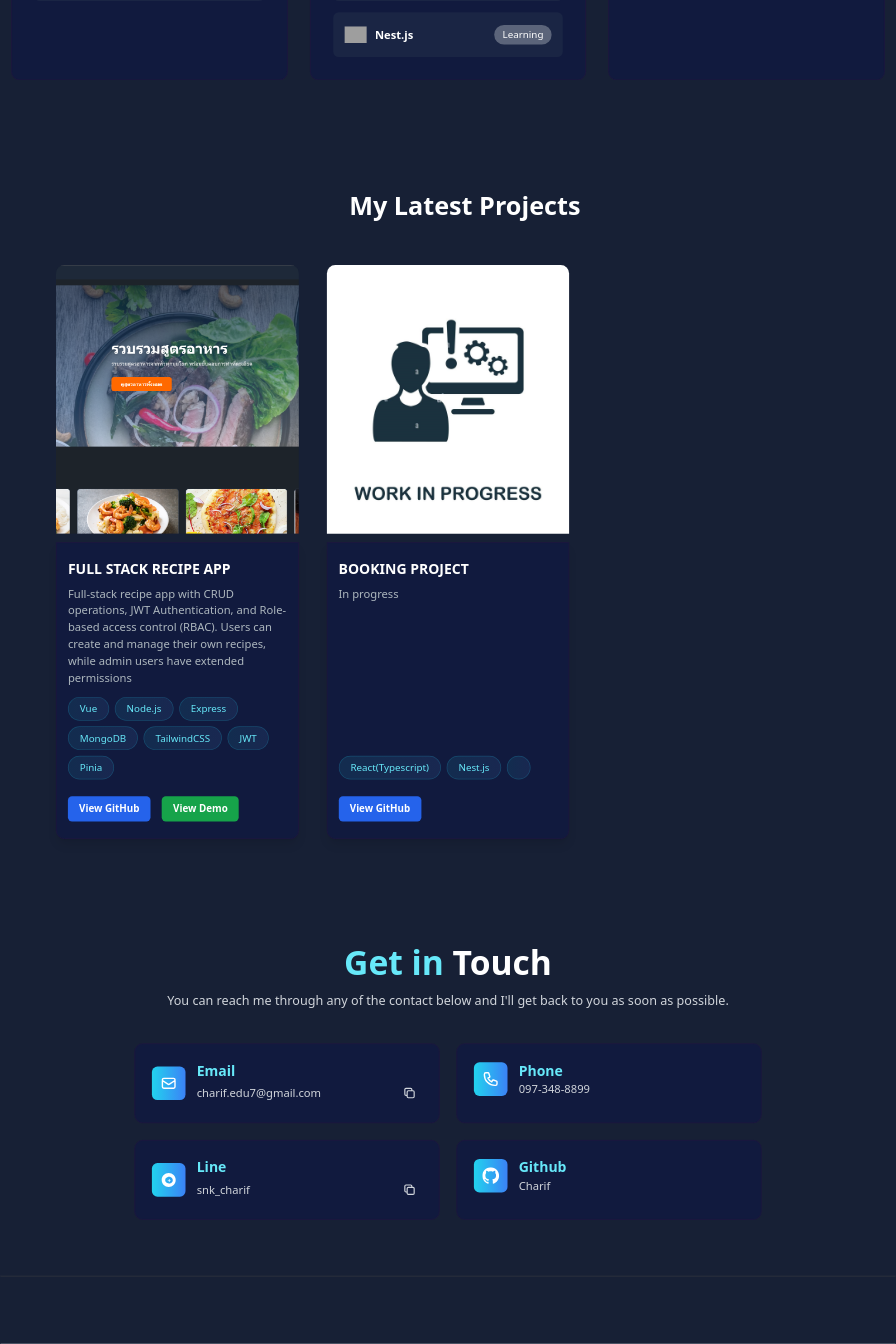
Repository: Charifx7/MyPortfolio
Page: /
These files come from the project's save history. The page is drawn as it stood at one moment and after the next save; the edit follows.
The browser window is 1280 px wide. The pictures show the part of the page from y = 1592 to 3512 px (the page is 3512 px tall), at 70% of full size.
Pictures or frames that could not be fetched are drawn as grey boxes. The project was rebuilt for these pictures with package versions that can differ from the ones it lists, and the page was loaded fresh each time. Also part of the build but not shown: vite.config.js.

Above is the page before, as saved 2026-02-14 10:51:24.

### src/App.vue
<template>
  <div class="bg-[#172035] min-h-screen w-full">
    <!-- Wrap components in Suspense to handle loading -->
     <Suspense>
      <template #default>
        <!-- Wrap all Components inside a single root element -->
         <div class="bg-[#172035]">
            <NavBar />
            <HeroSection />
            <AboutSection />
            <ExperienceAndSkills />
            <LatestProjSection />
            <ContactSection />
            <Footer/>
            <BackToTop />
      </div>
    </template>
    <template #fallback>
      <div class="flex justify-center items-center min-h-screen bg-[#172035]">
          <loadingSpinner />
      </div>
    </template>
  </Suspense>
  </div>
</template>

<script setup>
 import { defineAsyncComponent } from 'vue';
//Import Components Asynchronously
const NavBar = defineAsyncComponent(()=>import('@/components/NavBar.vue'));
const HeroSection = defineAsyncComponent(()=>import('@/components/HeroSection.vue'));
const ServicesSection = defineAsyncComponent(()=>import('@/components/ServicesSection.vue'));
const AboutSection = defineAsyncComponent(()=>import('@/components/AboutSection.vue'));
const TestimonialsSection = defineAsyncComponent(()=>import('@/components/TestimonialsSection.vue'));
const LatestProjSection = defineAsyncComponent(()=>import('@/components/LatestProjSection.vue'));
const ExperienceAndSkills = defineAsyncComponent(()=>import('@/components/ExperienceAndSkills.vue'));
const ContactSection = defineAsyncComponent(()=>import('@/components/ContactSection.vue'));
const Footer = defineAsyncComponent(()=>import('@/components/Footer.vue'));
const BackToTop = defineAsyncComponent(()=>import('@/components/BackToTop.vue'));
import loadingSpinner from './components/loadingSpinner.vue';
</script>
<style>

*{
  scrollbar-width: thin;
  scrollbar-color: #111827 #f1f1f1;
}

/* Add these styles to ensure background color consistency */
html, body {
  background-color: #172035;
  min-height: 100%;
}
</style>

### src/components/loadingSpinner.vue
<template>
    <div class="flex justify-center items-center h-full">
        <svg class="animate-spin h-16 w-16 text-white" xmlns="http://www.w3.org/2000/svg" viewBox="0 0 24 24">
            <defs>
                <linearGradient id="gradient1" x1="0%" y1="0%" x2="100%" y2="100%">
                    <stop offset="0%" stop-color="#00aeff" />
                    <stop offset="100%" stop-color="#dbebfa" />
                </linearGradient>
            </defs>
            <circle class="opacity-25" cx="12" cy="12" r="10" stroke="url(#gradient1)" stroke-width="4" fill="none">
            </circle>
            <path fill="#00aeff" d="M4 12a8 8 0 018-8V0C5.373 0 0 5.373 0 12h4z"></path>
        </svg>
    </div>
</template>

### src/components/NavBar.vue
<template>
    <header class="flex justify-between items-center p-6 bg-opacity-50 relative z-20 ">
        <div class="text-white text-xl font-bold"></div>
        <!-- Mobile Toggle Button -->
        <div class="md:hidden z-30">
            <button type="button" class="block focus:outline-none" @click="isMenuOpen = !isMenuOpen">
                <span v-if="isMenuOpen" class="text-5xl">
                    <img src="https://img.icons8.com/ios-filled/100/ffffff/delete-sign.png" alt="close" width="50"
                        height="50">
                </span>
                <span v-else class="text-5xl">
                    <img src="https://img.icons8.com/ios-filled/100/ffffff/menu--v6.png" alt="menu" width="50"
                        height="50">
                </span>
            </button>
        </div>
        <!-- Navbar Link -->
        <nav :class="['fixed inset-0 z-20 flex flex-col items-center justify-center bg-[#111827] md:relative md:bg-transparent md:flex md:justify-between md:flex-row',
            isMenuOpen ? 'block' : 'hidden'
        ]">
            <ul class="flex flex-col items-center space-y-5 md:flex-row md:space-x-5 md:space-y-0">
                <li v-for="item in Menu" :key="item.name">
                    <a :href="item.href"
                        class="block text-white transition hover:text-cyan-300 ease-linear text-2xl md:text-lg"
                        @click="scrollToSection(item.href)">
                        {{ item.name }}
                    </a>
                </li>
            </ul>
        </nav>
    </header>
</template>
<script setup>
import { ref } from 'vue';
const Menu = ref([
    { name: 'About Me', href: '#about' },
    { name: 'Skills', href: '#skills' },
    { name: 'Projects', href: '#projects' },
    { name: 'Contact', href: '#contact' },
]);

const isMenuOpen = ref(false)
const scrollToSection = (href) => {
    isMenuOpen.value = false;
    const section = document.querySelector(href);
    if (section) {
        section.scrollIntoView({ behavior: 'smooth' });
    }

}

</script>

### src/components/HeroSection.vue
<template>
    <section class="relative w-full" data-aos="zoom-in-up">
        <div class="w-full px-5 sm:px-8 md:px-12 lg:px-8 max-w-screen-lg lg:max-w-screen-xl mx-auto relative">
            <div class="grid lg:grid-cols-2 gap-10 xl:gap-14 relative pt-24 lg:max-w-none max-w-2xl md:max-w-3xl mx-auto">
                <div class="lg:py-6">
                    <div class="text-center lg:text-left">
                        <h1 class="pt-4 text-white font-bold text-4xl md:text-5xl lg:text-6xl">
                            Hi, I'm <span
                                class="text-transparent bg-gradient-to-r sm:bg-gradient-to-b md:bg-gradient-to-l lg:bg-gradient-to-r bg-clip-text from-cyan-400 to-blue-600">
                                Charif
                            </span>
                        </h1>
                    </div>
                    <p
                        class="text-gray-300 pt-8 text-center lg:text-left mx-auto max-w-xl text-4xl text-transparent bg-gradient-to-r sm:bg-gradient-to-b md:bg-gradient-to-l lg:bg-gradient-to-r from-cyan-400 to-blue-600 bg-clip-text">
                        Web Developer
                    </p>
                    <div class="flex items-center gap-3 pt-9 flex-col sm:flex-row sm:w-max sm:mx-auto lg:mx-0">
                        <a href="https://drive.google.com/file/d/1FlvfmhR0NsK0Ti8Xo9rk8j5-feIFt_Xn/view?usp=sharing" target="_blank" class="w-full sm:w-max">
                            <button class="border ry px-6 md:px-7 py-3 rounded-full relative group w-full flex justify-center
            bg-gradient-to-r from-cyan-600 to-blue-600 transition-transform duration-500 hover:scale-105"
                                style="background-color: #4DD0E1; border-color: #004d73;">
                                <span class="text-lg font-bold text-white">Resume</span>
                            </button>
                        </a>
                    </div>
                </div>
                <div class="flex items-center justify-center lg:h-full md:h-auto">
                    <div
                        class="relative flex items-center justify-center w-72 h-72 sm:w-96 sm:h-96 rounded-full shadow-lg border">
                        <img src="@/assets/top_picture.jpg" alt="Hero pic" width="500" height="auto" loading="lazy"
                            class="w-full h-full rounded-full object-cover fade-in-zoom" />
                        <div
                            class="absolute inset-0 bg-gradient-to-tr opacity-25 from-[#007fdb] to-[#832561] blur-2xl z-[-1]">
                        </div>
                    </div>
                </div>
            </div>
        </div>
    </section>
</template>
<script setup>
import { ref } from 'vue';
const Menu = ref([
    { name: 'About Me', href: '#about' },
    { name: 'Skills', href: '#skills' },
    { name: 'Projects', href: '#projects' },
    { name: 'Contact', href: '#contact' },
]);

import AOS from 'aos';
import 'aos/dist/aos.css';
AOS.init();
</script>

<style>
@keyframes fadeInZoom {
    0% {
        opacity: 0;
        transform: scale(0.9);
    }

    100% {
        opacity: 1;
        transform: scale(1);
    }
}

.fade-in-zoom {
    animation: fadeInZoom 1s ease-out forwards;
}
</style>

### src/components/AboutSection.vue
<template>
    <section class="text-white mt-18 w-full" id="about">
        <div class="absolute z-0 top-[93rem] inset-x-0 h-64 flex items-start">
            <div class="h-24 w-64 bg-gradient-to-br opacity-20"></div>
        </div>
        <div class="grid grid-cols-1 md:grid-cols-2 gap-16 items-start py-8 px-4 xl:gap-16 sm:py-16 xl:px-16 z-1">
            <!-- Education Section -->
            <div data-aos="flip-right" class="space-y-8">
                <h2 class="text-4xl font-bold text-white text-left mb-4">
                    <span class="text-cyan-300">Education</span>
                </h2>
                <div class="space-y-8">
                    <div v-for="element in education" :key="element.id"
                        class="flex items-center rounded-xl shadow-lg border border-[#1f1641] py-3 bg-gradient-to-r from-[#111a3e] to-[#111a3e]">
                        <div class="w-full pl-4">
                            <h3 class="text-cyan-300 text-left text-2xl">
                                {{ element.School }}
                            </h3>
                            <p class="text-white">{{ element.program }}</p>
                            <p class="text-white">{{ element.year }}</p>
                        </div>
                    </div>
                    <h2 class="text-4xl font-bold text-white text-left mb-4">
                        <span class="text-cyan-300">Work Experience</span>
                    </h2>
                    <div class="space-y-8">
                        <div v-for="element in workExperience" :key="element.id"
                            class="flex items-center rounded-xl shadow-lg border border-[#1f1641] py-3 bg-gradient-to-r from-[#111a3e] to-[#111a3e]">
                            <div class="w-full pl-4">
                                <h3 class="text-cyan-300 text-left text-2xl">
                                    {{ element.Company }}
                                </h3>
                                <p class="text-white">{{ element.role }}</p>
                                <p class="text-white">{{ element.duration }}</p>
                            </div>
                        </div>
                    </div>
                </div>
            </div>
            <!-- About Me Section -->
            <div class="space-y-8" data-aos="flip-right">
                <h2 class="text-4xl font-bold text-white text-left mb-4">
                    <span class="text-cyan-300">About</span> Me
                </h2>
                <p class="text-base lg:text-lg">
                    My name is Muhammadcharif Binlateh, and I am graduate in Computer Science
                    with a passion for creating responsive, user-friendly websites. I am always eager to learn new
                    technologies to improve my skills. In addition, I am ready to
                    provide technical assistance within the organization, and I look forward to growing in the field of
                    web development.
                </p>
            </div>
        </div>
    </section>
</template>

<script setup>
import { ref } from 'vue';
const education = ref([
    {
        id: 1,
        School: 'Prince of Songkla University',
        program: 'Bachelor of Science (Computer Science)',
        year: '2019-2023'
    },
])
const workExperience = ref([
    {
        id: 1,
        Company: 'BRK Inter Transport Company Limited',
        role: 'IT Programmer',
        duration: 'Oct 2025 - Current'
    },
])
</script>

### src/components/LatestProjSection.vue
<template>
    <section class="text-white mt-20" id="projects">
        <div class="px-4 xl:pl-16">
            <div class="mb-4 flex justify-center">
                <h2 class="text-4xl font-bold text-white" data-aos="fade-up">My Latest Projects</h2>
            </div>
            <ul class="px-4 sm:py-16 xl:pr-16 grid grid-cols-1 gap-6 pt-10 sm:grid-cols-2 md:gap-10 md:pt-12 lg:grid-cols-3"
                data-aos="fade-right">
                <div v-for="project in Projects" :key="project.id"
                    class="flex flex-col h-full transition-transform duration-500 hover:scale-105">
                    <div class="h-52 md:h-[24rem] rounded-t-xl relative flex items-center justify-center"
                        :style="{
                            backgroundImage: 'url(' + project.image + ')',
                            backgroundSize: 'cover',
                            backgroundPosition: 'center',
                            backgroundRepeat: 'no-repeat'
                        }">
                    </div>
                    <div class="flex flex-col flex-grow text-white rounded-b-xl mt-3 bg-[#111a3e] shadow-lg border border-[#1f1641] py-6 px-4">
                        <h3 class="text-lg font-semibold uppercase lg:text-xl">{{ project.title }}</h3>
                        <p class="text-[#ADB7BE] flex-grow min-h-[60px] mt-2">{{ project.description }}</p>
                        <div class="flex flex-wrap gap-2 mt-4 mb-6">
                            <div v-for="technology in project.technologies" :key="technology"
                                class="text-center rounded-full px-4 py-1.5 text-sm font-medium
                                       bg-gradient-to-r from-cyan-400/10 to-blue-400/10
                                       border border-cyan-400/20
                                       text-cyan-300 "
                            >
                                {{ technology }}
                            </div>
                        </div>
                        <!-- Buttons for GitHub and Demo -->
                        <div class="flex mt-auto space-x-4">
                            <a :href="project.gitURL" target="_blank"
                                class="px-4 py-2 text-sm font-semibold text-white bg-blue-600 rounded-md hover:bg-blue-700">
                                View GitHub
                            </a>
                            <a v-if="project.webURL" :href="project.webURL" target="_blank"
                                class="px-4 py-2 text-sm font-semibold text-white bg-green-600 rounded-md hover:bg-green-700">
                                View Demo
                            </a>
                        </div>
                    </div>
                </div>
            </ul>
        </div>
    </section>
</template>
<script setup>
import { ref, computed } from 'vue';

const Projects = ref([
    {
        id: 1,
        image: '/assets/project3.png',
        title: 'Full stack Recipe app',
        description: 'Full-stack recipe app with CRUD operations, JWT Authentication, and Role-based access control (RBAC). Users can create and manage their own recipes, while admin users have extended permissions',
        technologies: ['Vue','Node.js','Express', 'MongoDB','TailwindCSS', 'JWT','Pinia'],
        gitURL: 'https://github.com/Charifx7/fullstack_MEVN_recipe_app',
        webURL: 'https://fullstack-mevn-recipe-app-charif.vercel.app/'
    },

    {
        id: 4,
        image: '/assets/project0.jpg',
        title: 'Booking Project',
        description: 'In progress',
        technologies: ['React(Typescript)', 'Nest.js',''],
        gitURL: 'https://github.com/Charifx7',
        webURL: ''
    },
    // {
    //     id: 0,
    //     image: '/assets/project0.jpg',
    //     title: 'TEMP',
    //     description: 'TEMP',
    //     technologies: ['TEMP'],
    //     gitURL: 'https://github.com/Charifx7',
    //     webURL: ''
    // },

]);



</script>

### src/components/Footer.vue
<template>
    <footer class="mt-8 border z-10 border-t-[#33353F] border-l-transparent border-r-transparent text-white">
        <div class="container p-12 flex justify-between">
            <!-- <div class="text-white text-3xl font-bold">Charif</div>-->
            <p class="text-slate-600"></p>
        </div>
    </footer>
</template>

### src/components/BackToTop.vue
<template>
    <button v-if="isVisible" @click="scrollToTop" class="fixed bottom-4 right-4 bg-gradient-to-r from-[#007fdb] to-[#004d73] text-white
    rounded-full w-12 h-12 flex items-center justify-center text-xl cursor-pointer transition-opacity duration-300 hover:bg-blue-600
    ">
        ↥
    </button>
</template>
<script setup>
import { ref, onMounted, onUnmounted } from 'vue';
const isVisible = ref(false);
const handleScroll = () => {
    isVisible.value = window.scrollY > 300;
}
const scrollToTop = () => {
    window.scrollTo({ top: 0, behavior: 'smooth' })
}
onMounted(() => {
    window.addEventListener('scroll', handleScroll)
});

onUnmounted(() => {
    window.removeEventListener('scroll', handleScroll);
})
</script>

Loaded but not shown: index.html (common file); src/main.js (common file); src/style.css (common file); tailwind.config.js (13 lines, source omitted); src/components/ExperienceAndSkills.vue (208 lines, source omitted); src/components/ContactSection.vue (175 lines, source omitted)

After the next save:
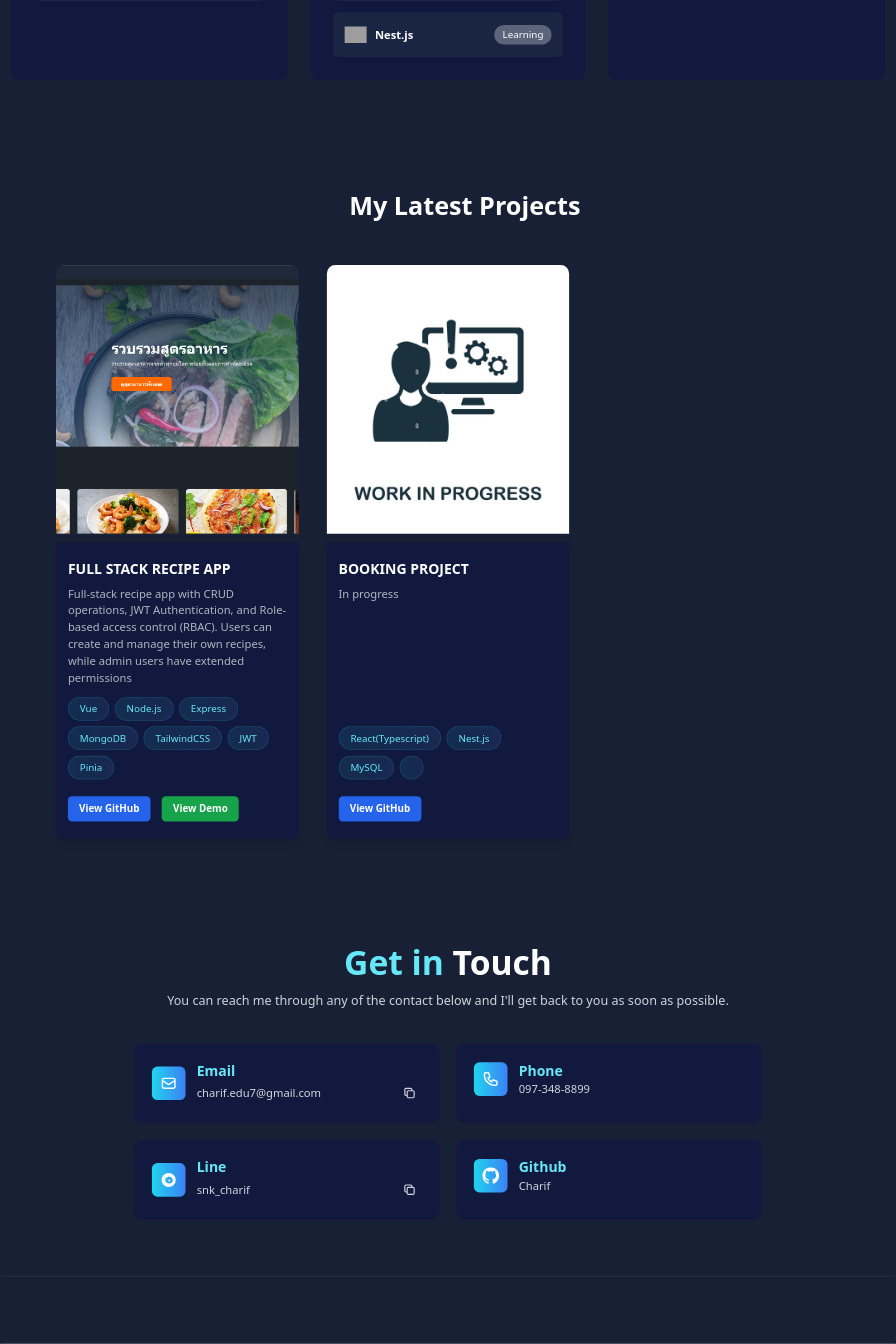
Saved 8 s later.
--- a/src/components/LatestProjSection.vue
+++ b/src/components/LatestProjSection.vue
@@ -65,7 +65,7 @@ const Projects = ref([
         image: '/assets/project0.jpg',
         title: 'Booking Project',
         description: 'In progress',
-        technologies: ['React(Typescript)', 'Nest.js',''],
+        technologies: ['React(Typescript)', 'Nest.js','MySQL',''],
         gitURL: 'https://github.com/Charifx7',
         webURL: ''
     },
